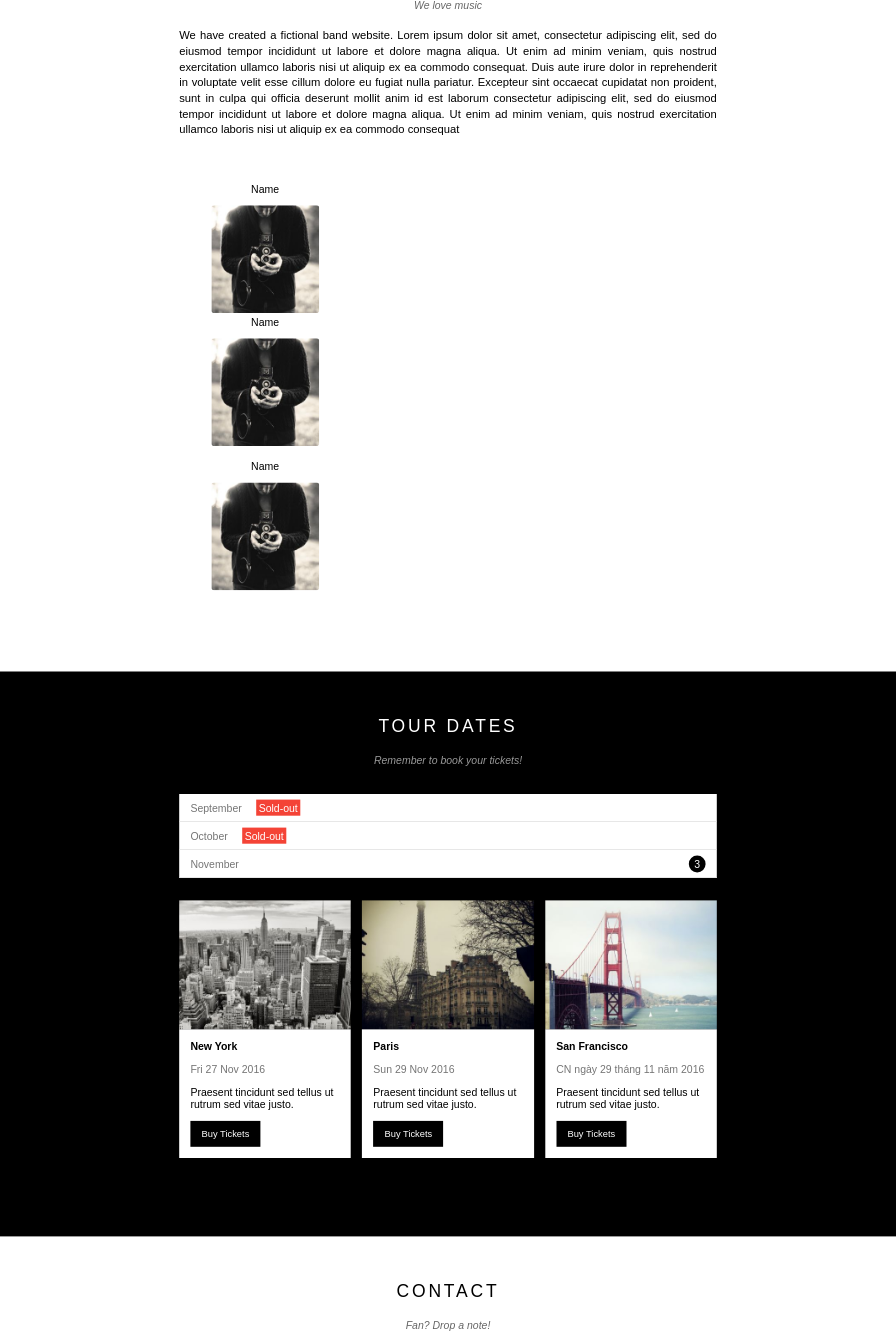
Repository: BillLee2000/w3-band
Page: index.html
An editor plug-in stored every save of this project. The page is shown before and after the next save, followed by the edit.
The browser window is 1280 px wide. The pictures show the part of the page from y = 805 to 2725 px (the page is 3915 px tall before and 3899 px after), at 70% of full size.

Above is the page before, as saved 2021-12-16 06:24:10.

After the next save:
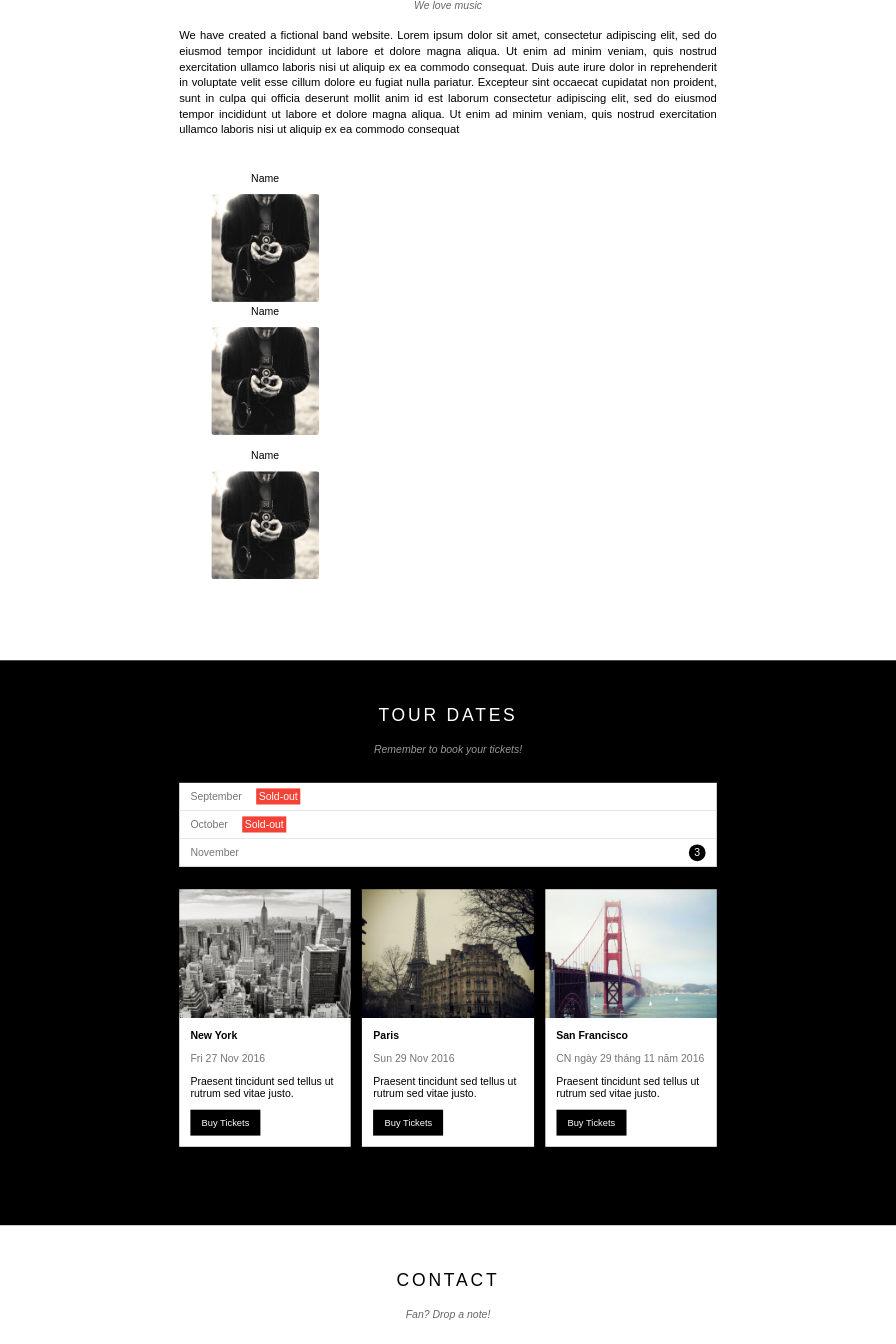
Saved 61 s later.
--- a/assets/css/styles.css
+++ b/assets/css/styles.css
@@ -223,7 +223,7 @@
     line-height: 1.4;
 }
 #content .nembers-list{
-    margin-top: 48px;
+    margin-top: 32px;
 }
 /* #content .member-item { */
     /* float: left; */
